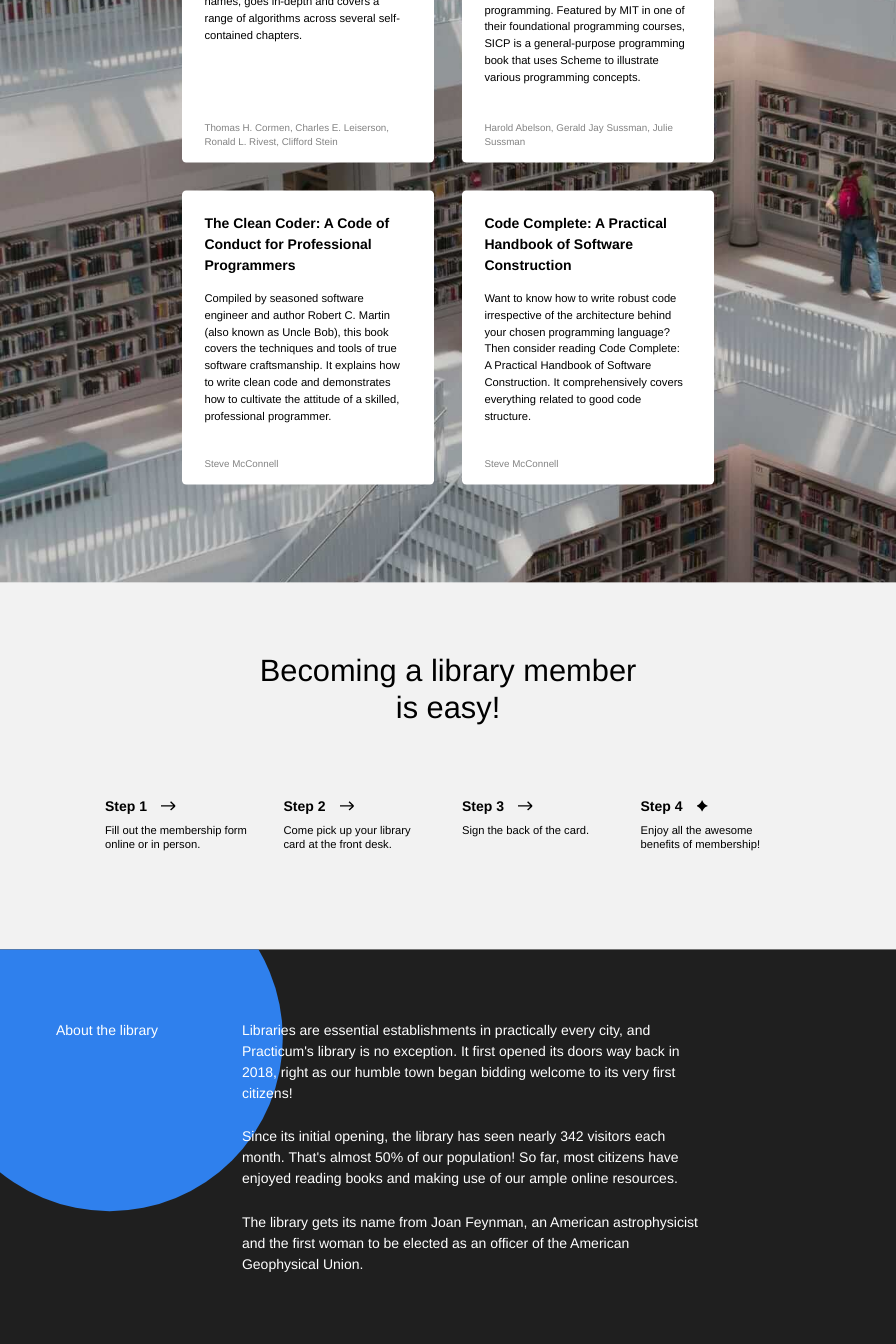
Repository: MWilliams-26/se_project_library
Page: index.html
These files come from the project's save history. The page is drawn as it stood at one moment and after the next save; the edit follows.
The browser window is 1280 px wide. The pictures show the part of the page from y = 2006 to 3926 px (the page is 3926 px tall), at 70% of full size.

Above is the page before, as saved 2023-04-04 12:32:57.

### index.html
<!DOCTYPE html>
<html lang="en">
  <head>
    <meta charset="UTF-8" />
    <meta name="viewport" content="width=device-width, initial-scale=1.0" />
    <title>Practicum Library</title>
    <link rel="shortcut icon" href="favicon.ico" />
    <link rel="stylesheet" href="./styles/normalize.css" />
    <link rel="stylesheet" href="./styles/style.css" />
  </head>

  <body>
    <!-- Wrap the entire page content in a new div with the page class. Remember to add the closing tag -->
    <div class="page">
      <header class="header">
        <nav class="nav">
          <img
            src="./images/logo.png"
            alt="Practicum Library Logo"
            class="logo"
          />
          <!-- Putting navigation links in a list is supposed to be the best practice of writing the semantic code since it allows screen readers to pause between each link instead of reading all the links as a sentence. -->
          <ul class="nav__links">
            <li>
              <a class="nav__link">Staff picks</a>
            </li>
            <li>
              <a class="nav__link">Events</a>
            </li>
            <li>
              <a class="nav__link">Become a member</a>
            </li>
            <li>
              <a class="nav__link">About</a>
            </li>
            <li>
              <a class="nav__link">Contacts</a>
            </li>
          </ul>
        </nav>
        <h1 class="header__title">Welcome to the Practicum Library</h1>
        <p class="header__description">
          We're pleased to open our library doors to everyone! Come and expand
          your development knowledge, or just use this lovely spot to work or
          study. This is a cool place for cool students!
        </p>
        <!-- ----------------------------------------------------------------- -->
        <!--               Don't uncomment until project stage 2               -->
        <!-- ----------------------------------------------------------------- -->
        <img
          src="./images/inside_the_library.png"
          alt="Illustration 'Inside the library'"
          class="header__image"
        />
        <div class="header__footer">
          <a class="header__link">About the library &darr;</a>
          <p class="header__address">
            200 Success Avenue, The Town of Practicum
          </p>
        </div>
      </header>

      <main class="content">
        <section class="events">
          <div class="events__content">
            <h2 class="events__heading">Upcoming events:</h2>
            <h3 class="events__title">
              In honor of Joan Feynman: Women in astrophysics
            </h3>
            <div class="event-info events__info-section">
              <div class="event-info__item">
                <div
                  class="event-info__icon event-info__icon_type_calendar"
                ></div>
                <p class="event-info__text">Mon, January 12</p>
              </div>
              <div class="event-info__item">
                <div class="event-info__icon event-info__icon_type_pin"></div>
                <p class="event-info__text">
                  Practicum Library Conference Hall & Online
                </p>
              </div>
            </div>
            <p class="events__description">
              At this event, which celebrates the library's namesake, our guest
              lecturer will take us on a journey exploring some of the most
              prominent female researchers in the world of space science. It's
              easy to buy into the misconception that this field was mostly
              dominated by men, but our lecture aims to change that notion and
              prove that this hasn't been the case since at least the 18th
              century.
            </p>
            <a href="#" class="events__more">More events &rarr;</a>
          </div>
          <div class="events__cover">
            <img
              class="events__image"
              src="images/cafe.png"
              alt="events image"
            />
            <div class="person person_name_feynman">
              <p class="person__caption">Joann Feynman</p>
              <img
                class="person__image person__image_size_l"
                src="images/person_feynman.png"
                alt="Joann Feyman"
              />
            </div>
            <div class="person person_name_burbidge">
              <p class="person__caption">Margaret Burbidge</p>
              <img
                class="person__image person__image_size_m"
                src="images/person_burbidge.png"
                alt="Margaret Burbidge"
              />
            </div>
            <div class="person person_name_cannon">
              <img
                class="person__image person__image_size_m"
                src="images/person_cannon.png"
                alt="Annie Jump Cannon"
              />
              <p class="person__caption">Annie Jump Cannon</p>
            </div>
            <div class="person person_name_burbidge">
              <p class="person__caption">Margaret Burbidge</p>
              <img
                class="person__image person__image_size_m"
                src="images/person_burbidge.png"
                alt="Margaret Burbidge"
              />
            </div>
            <div class="person person_name_mitchell">
              <img
                class="person__image person__image_size_s"
                src="images/person_mitchell.png"
                alt="Maria Mitchell"
              />
              <p class="person__caption">Maria Mitchell</p>
            </div>
            <div class="person person_name_tarter">
              <p class="person__caption">Jill Tarter</p>
              <img
                class="person__image person__image_size_m"
                src="images/person_tarter.png"
                alt="Jill Tarter"
              />
            </div>
          </div>
        </section>

        <section class="staff">
          <!-- --------------------------------------------------------------- -->
          <!--        Don't uncomment until the final project stage            -->
          <!-- --------------------------------------------------------------- -->
          <h2 class="staff__title">Staff picks</h2>
          <p class="staff__subtitle">That our readers love</p>
          <ul class="staff__picks">
            <li class="card">
              <div class="card__content">
                <h3 class="card__title">Introduction to Algorithms</h3>
                <p class="card__text">
                  The name of this book is self-explanatory; it's a proper
                  introduction to algorithms! Introduction to Algorithms, or
                  CLRS, in reference to the authors' last names, goes in-depth
                  and covers a range of algorithms across several self-contained
                  chapters.
                </p>
                <p class="card__footer">
                  Thomas H. Cormen, Charles E. Leiserson, Ronald L. Rivest,
                  Clifford Stein
                </p>
              </div>
            </li>

            <li class="card">
              <div class="card__content">
                <h3 class="card__title">
                  The Structure and Interpretation of Computer Programs (SICP)
                </h3>
                <p class="card__text">
                  This is one of the best books for learning the fundamentals of
                  programming. Featured by MIT in one of their foundational
                  programming courses, SICP is a general-purpose programming
                  book that uses Scheme to illustrate various programming
                  concepts.
                </p>
                <p class="card__footer">
                  Harold Abelson, Gerald Jay Sussman, Julie Sussman
                </p>
              </div>
            </li>

            <li class="card">
              <div class="card__content">
                <h3 class="card__title">
                  The Clean Coder: A Code of Conduct for Professional
                  Programmers
                </h3>
                <p class="card__text">
                  Compiled by seasoned software engineer and author Robert C.
                  Martin (also known as Uncle Bob), this book covers the
                  techniques and tools of true software craftsmanship. It
                  explains how to write clean code and demonstrates how to
                  cultivate the attitude of a skilled, professional programmer.
                </p>
                <p class="card__footer">Steve McConnell</p>
              </div>
            </li>

            <li class="card">
              <div class="card__content">
                <h3 class="card__title">
                  Code Complete: A Practical Handbook of Software Construction
                </h3>
                <p class="card__text">
                  Want to know how to write robust code irrespective of the
                  architecture behind your chosen programming language? Then
                  consider reading Code Complete: A Practical Handbook of
                  Software Construction. It comprehensively covers everything
                  related to good code structure.
                </p>
                <p class="card__footer">Steve McConnell</p>
              </div>
            </li>
          </ul>
        </section>

        <section class="membership">
          <!-- --------------------------------------------------------------- -->
          <!--         Don't uncomment until the final project stage           -->
          <!-- --------------------------------------------------------------- -->
          <h2 class="membership__title">Becoming a library member is easy!</h2>
          <ul class="membership__steps">
            <li class="step">
              <h3 class="step__title">
                Step 1
                <img
                  src="./images/icon_step_forward.svg"
                  alt="icon forward"
                  class="step__icon"
                />
              </h3>
              <p class="step__description">
                Fill out the membership form online or in person.
              </p>
            </li>
            <li class="step">
              <h3 class="step__title">
                Step 2
                <img
                  src="./images/icon_step_forward.svg"
                  alt="icon forward"
                  class="step__icon"
                />
              </h3>
              <p class="step__description">
                Come pick up your library card at the front desk.
              </p>
            </li>
            <li class="step">
              <h3 class="step__title">
                Step 3
                <img
                  src="./images/icon_step_forward.svg"
                  alt="icon forward"
                  class="step__icon"
                />
              </h3>
              <p class="step__description">Sign the back of the card.</p>
            </li>
            <li class="step">
              <h3 class="step__title">
                Step 4
                <img
                  src="./images/icon_step_finish.svg"
                  alt="icon finish"
                  class="step__icon"
                />
              </h3>
              <p class="step__description">
                Enjoy all the awesome benefits of membership!
              </p>
            </li>
          </ul>
        </section>

        <section class="about">
          <!-- --------------------------------------------------------------- -->
          <!--          Don't uncomment until the final project stage          -->
          <!-- --------------------------------------------------------------- -->
          <h2 class="about__title">About the library</h2>
          <div class="about__content">
            <p class="about__paragraph">
              Libraries are essential establishments in practically every city,
              and Practicum's library is no exception. It first opened its doors
              way back in 2018, right as our humble town began bidding welcome
              to its very first citizens!
            </p>
            <p class="about__paragraph">
              Since its initial opening, the library has seen nearly 342
              visitors each month. That's almost 50% of our population! So far,
              most citizens have enjoyed reading books and making use of our
              ample online resources.
            </p>
            <p class="about__paragraph">
              The library gets its name from Joan Feynman, an American
              astrophysicist and the first woman to be elected as an officer of
              the American Geophysical Union.
            </p>
          </div>
          <div class="about__circle"></div>
        </section>
      </main>
      <footer class="footer">
        <!-- ----------------------------------------------------------------- -->
        <!--          Don't uncomment until the final project stage            -->
        <!-- ----------------------------------------------------------------- -->
      </footer>
    </div>
  </body>
</html>

### styles/style.css
.page {
  /* Add page class properties here */
  min-width: 1100px;
  max-width: 1600px;
  margin: 0 auto;
  font-family: Helvetica Neue, Arial, sans-serif;
  font-size: 16px;
  line-height: 20px;
}

.header {
  height: 100vh;
  min-height: 720px;
  max-height: 800px;
  padding: 30px 80px 0;
  position: relative;
  box-sizing: border-box;
}

.nav {
  /* Add flex properties here */
  display: flex;
  justify-content: space-between;
  align-items: stretch;
  flex-flow: row wrap;
  margin-top: 8px;
}

.logo {
  width: 196px;
  height: 60px;
}

.nav__links {
  /* Reset default list styles here */
  margin: 0 0 0;
  display: flex;
  column-gap: 20px;
  list-style: none;
}

.nav__link {
  color: #000000;
  text-decoration: none;
  font-weight: bold;
}

.header__title {
  font-size: 66px;
  line-height: 76px;
  font-weight: 500;
  max-width: 544px;
  margin-top: 150px;
  margin-bottom: 32px;
}

.header__description {
  font-size: 20px;
  line-height: 30px;
  max-width: 532px;
}

.header__image {
  position: absolute;
  max-width: 636px;
  top: 135px;
  right: 20px;
  z-index: 1;
}

.header__footer {
  position: absolute;
  left: 0;
  bottom: 40px;
  width: 100%;
  display: flex;
  align-items: center;
  padding: 40px 80px 0;
  justify-content: space-between;
  box-sizing: border-box;
}

.header__link {
  color: #2f80ed;
  text-decoration: none;
}

.header__address {
  margin: 0;
  color: #838383;
}

.events {
  padding: 100px 0 120px 80px;
  display: flex;
  align-items: start;
  justify-content: space-between;
  box-sizing: border-box;
  background-color: #f2f2f2;
}
.events__content {
  flex-basis: 580px;
}

.events__heading {
  font-size: 20px;
  font-weight: 500;
  line-height: 30px;
  margin: 0;
}

.events__title {
  font-size: 44px;
  font-weight: 500;
  line-height: 52px;
  margin: 32px 0 0;
}

.events__info-section {
  margin-top: 32px;
}

.event-info__item {
  display: flex;
  align-items: center;
  margin-bottom: 4px;
  font-weight: 500;
}

.event-info__icon {
  background-repeat: no-repeat;
  background-position: center;
  margin-right: 12px;
  width: 24px;
  height: 24px;
}

.event-info__icon_type_calendar {
  background-image: url(../images/icon_calendar.svg);
}

.event-info__icon_type_pin {
  background-image: url(../images/icon_pin.svg);
}

.event-info__text {
  font-size: 20px;
  font-weight: 500;
  line-height: 30px;
  margin: 0;
}

.events__description {
  margin: 40px 0 60px;
}

.events__more {
  color: #2f80ed;
  text-decoration: none;
}

.events__cover {
  flex-grow: 1;
  flex-shrink: 0;
  flex-basis: 780px;
  max-width: 780px;
  position: relative;
}

.events__image {
  max-width: 100%;
}

.person {
  position: absolute;
  display: flex;
  align-items: center;
  flex-direction: column;
  gap: 10px;
}

.person_name_feynman {
  position: absolute;
  top: -30px;
  left: 319px;
}

.person_name_burbidge {
  top: 96px;
  right: 125px;
}

.person_name_cannon {
  bottom: 18px;
  right: 216px;
}

.person_name_mitchell {
  bottom: 82px;
  left: 142px;
}

.person_name_tarter {
  top: 79px;
  left: 159px;
}

.person__image {
  max-width: 100%;
}

.person__image_size_l {
  width: 140px;
}

.person__image_size_m {
  width: 100px;
}

.person__image_size_s {
  width: 80px;
}

.person__caption {
  text-align: center;
  font-size: 14px;
  margin: 0;
}
.staff {
  padding: 100px 0 140px;
  background-image: url(../images/staff_picks_background.jpg);
}

.staff__title {
  text-align: center;
  font-size: 44px;
  line-height: 52px;
  margin: 0 0 24px;
  color: #ffffff;
}

.staff__subtitle {
  text-align: center;
  font-size: 20px;
  line-height: 30px;
  font-weight: 400;
  margin: 0;
  color: #ffffff;
}

.staff__picks {
  max-width: 760px;
  margin: auto;
  margin-top: 68px;
  display: flex;
  flex-wrap: wrap;
  justify-content: center;
  gap: 40px;
  list-style-type: none;
  padding: 0;
}

/* Add the CSS rule for your new class here. Make sure to place it before .card: parents should precede their children */

.card {
  background-color: #fff;
  border-radius: 6px;
  padding: 32px 40px 20px 32px;
  box-sizing: border-box;
  width: 360px;
  height: 420px;
}

.card__content {
  width: 100%;
  height: 100%;
  display: flex;
  flex-direction: column;
}

.card__title {
  font-size: 20px;
  line-height: 30px;
  font-weight: 700;
  margin: 0;
}

.card__text {
  margin: 20px 0 0;
  font-size: 16px;
  line-height: 24px;
}

.card__footer {
  margin: 0;
  font-size: 14px;
  line-height: 20px;
  color: #838383;
  margin-top: auto;
}

.membership {
  padding: 100px 0 140px;
  background-color: #f2f2f2;
}

.membership__title {
  max-width: 574px;
  margin: 0 auto;
  text-align: center;
  font-size: 44px;
  font-weight: 500;
  line-height: 52px;
}

.membership__steps {
  list-style-type: none;
  padding: 0;
  margin: 100px 150px 0 150px;
  display: flex;
  position: relative;
  flex-direction: row;
  justify-content: center;
  align-content: center;
  column-gap: 40px;
  /* Add styles */
}

.step {
  max-width: 220px;
  flex-basis: 220px;
  /* Add styles */
}

.step__title {
  margin: 0;
  font-size: 20px;
  line-height: 30px;
  font-weight: 700;
  display: flex;
  align-items: center;
}

.step__icon {
  margin-left: 20px;
}

.step__description {
  margin: 10px 0 0;
}

.about {
  padding: 100px 80px;
  background-color: #1f1f1f;
  color: #fff;
  overflow: hidden;
  position: relative;
  box-sizing: border-box;
  display: flex;
  z-index: 1;
}

.about__title {
  margin: 0;
  font-size: 20px;
  line-height: 30px;
  font-weight: 500;
  max-width: 154px;
  padding-right: 120px;
  z-index: 1;
}

.about__content {
  font-size: 20px;
  line-height: 30px;
  font-weight: 400;
  max-width: 660px;
  display: flex;
  flex-direction: column;
  z-index: 2;
}

.about__paragraph {
  margin: 0 0 32px;
}

.about__paragraph:last-child {
  margin: 0;
}

.about__circle {
  background-color: #2f80ed;
  width: 495px;
  height: 495px;
  border-radius: 50%;
  position: absolute;
  top: -121px;
  left: -91px;
  z-index: -1;
}

.footer {
  box-sizing: border-box;
}

.footer__columns {
}

.footer__column_content_hours {
}

.footer__column_content_social {
}

.footer__logo {
}

.footer__list {
  /* The code below removes the default browser styles for lists */
  list-style-type: none;
  padding: 0;
  margin: 0;
}

.footer__list-item {
}

.footer__column-heading {
}

.footer__column-link {
  color: white;
  font-size: 16px;
  line-height: 20px;
  text-decoration: none;
}

.footer__social-icon {
}

.footer__copyright {
}

Loaded but not shown: styles/normalize.css (library)

After the next save:
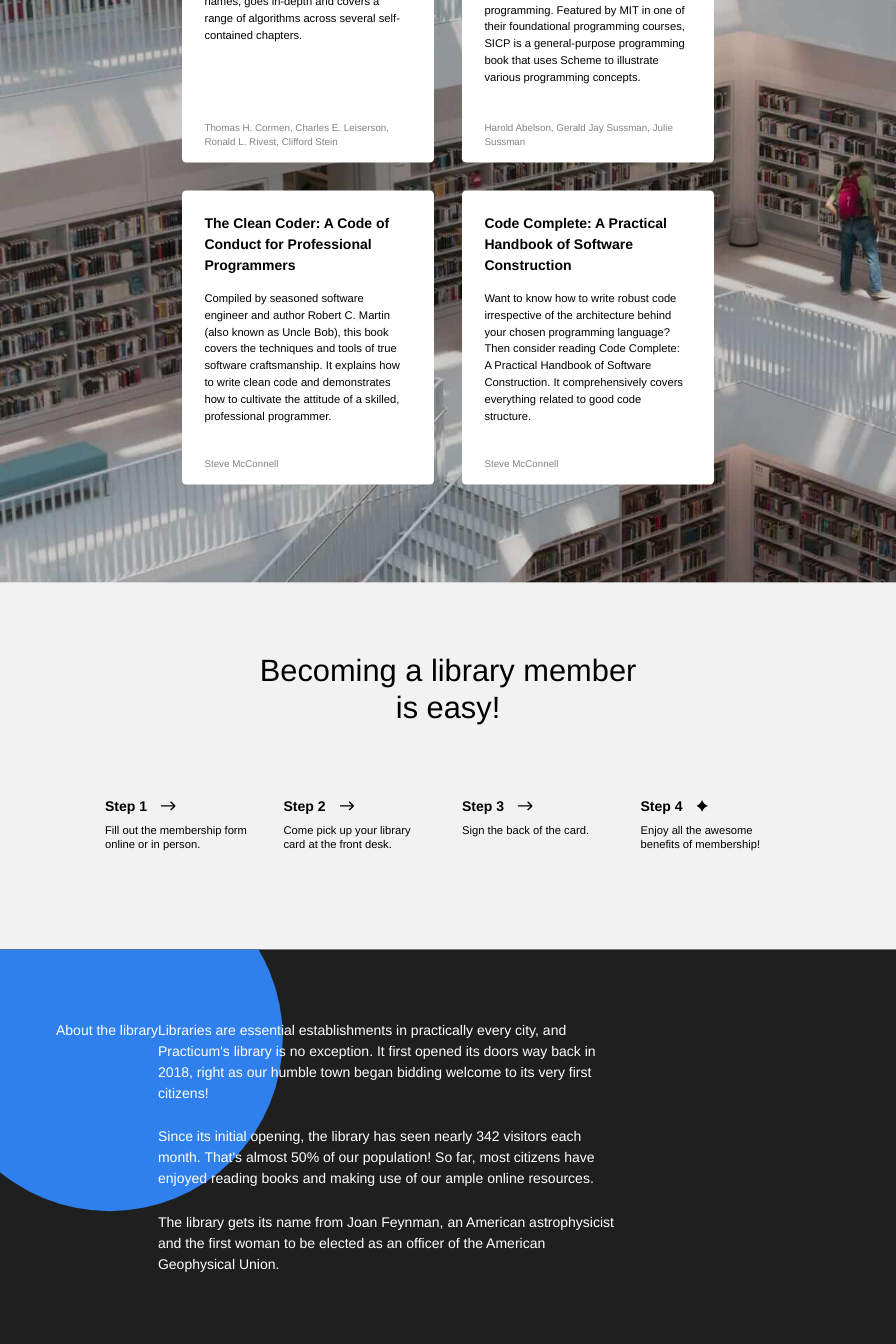
Saved 3 min 22 s later.
--- a/styles/style.css
+++ b/styles/style.css
@@ -365,9 +365,8 @@
   font-size: 20px;
   line-height: 30px;
   font-weight: 500;
+  z-index: 1;
   max-width: 154px;
-  padding-right: 120px;
-  z-index: 1;
 }
 
 .about__content {
@@ -375,8 +374,6 @@
   line-height: 30px;
   font-weight: 400;
   max-width: 660px;
-  display: flex;
-  flex-direction: column;
   z-index: 2;
 }
 
